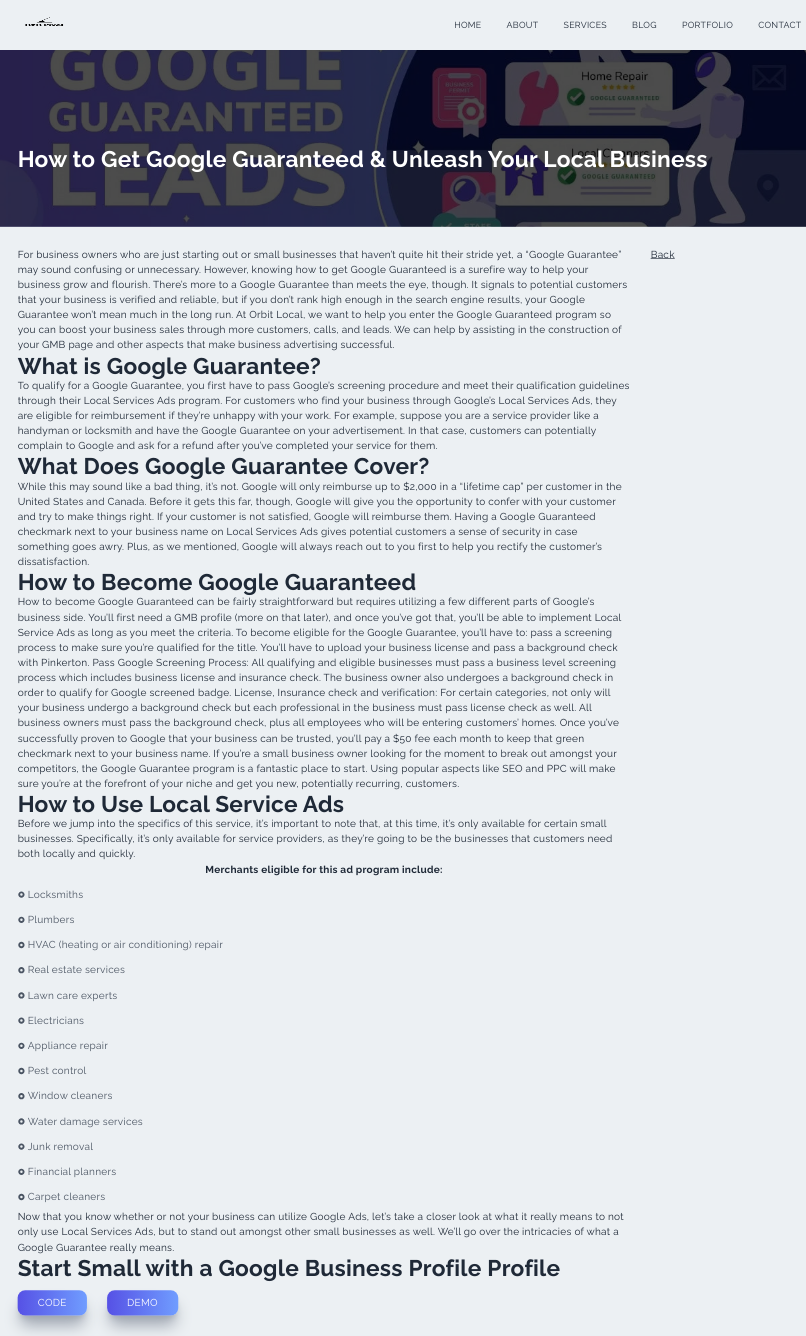
Repository: DID0101/nextjs.b2b
Page: /crypto
These files come from the project's save history. The page is drawn as it stood at one moment and after the next save; the edit follows.
The browser window is 1280 px wide. The pictures show the whole page, at 63% of full size.
The project was rebuilt for these pictures with package versions that can differ from the ones it lists, and the page was loaded fresh each time. The framework's server and built-in components were replaced by stand-ins that run in the browser. Also part of the build but not shown: next.config.js.

Above is the page before, as saved 2024-01-22 03:04:56.

After the next save:
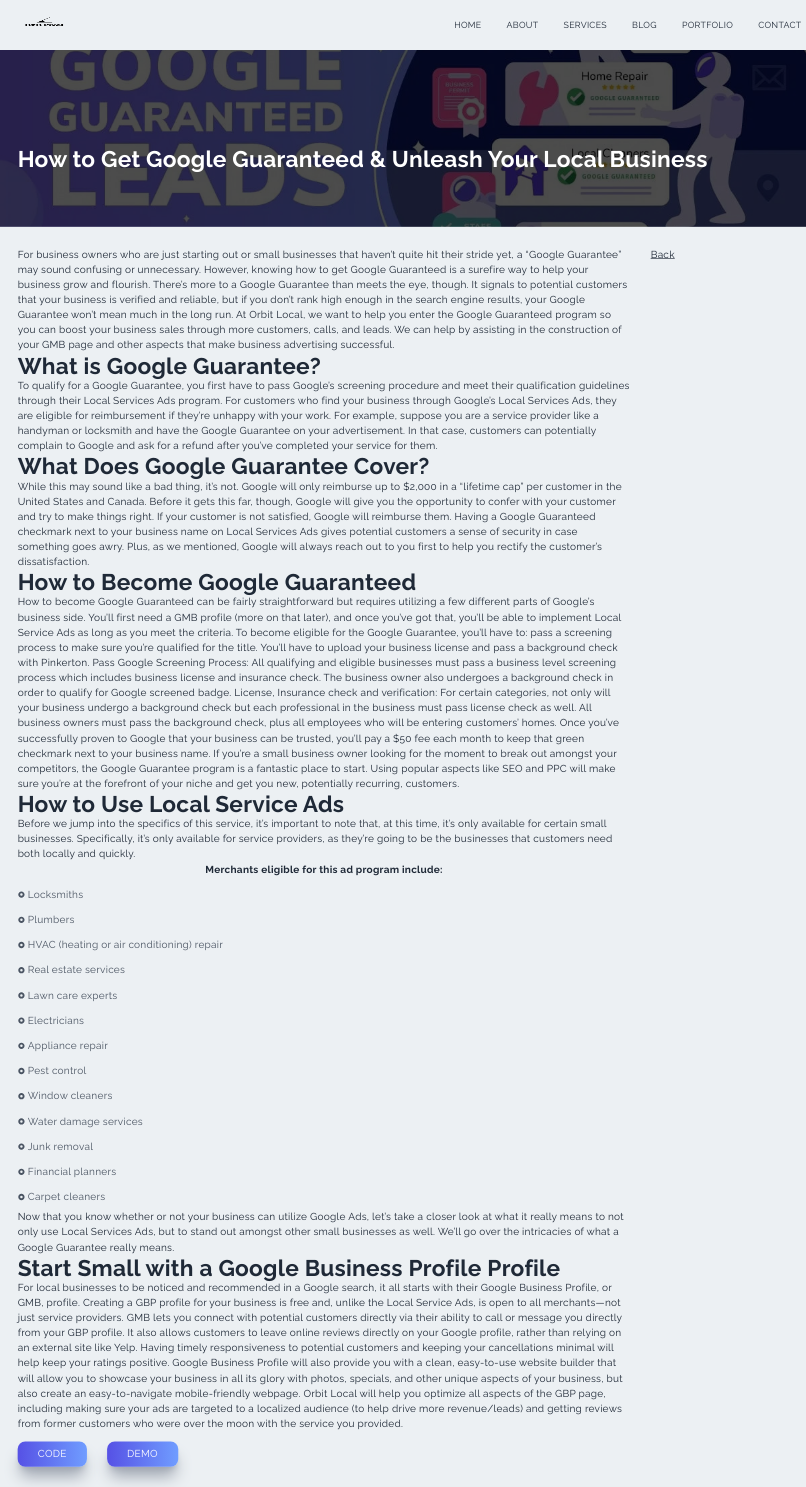
Saved 17 s later.
--- a/pages/crypto.jsx
+++ b/pages/crypto.jsx
@@ -101,6 +101,13 @@
               </p>
               <p>Now that you know whether or not your business can utilize Google Ads, let’s take a closer look at what it really means to not only use Local Services Ads, but to stand out amongst other small businesses as well. We’ll go over the intricacies of what a Google Guarantee really means.</p>
               <h2>Start Small with a Google Business Profile Profile</h2>
+              <p>For local businesses to be noticed and recommended in a Google search, it all starts with their Google Business Profile, or GMB, profile. Creating a GBP profile for your business is free and, unlike the Local Service Ads, is open to all merchants—not just service providers.
+
+GMB lets you connect with potential customers directly via their ability to call or message you directly from your GBP profile. It also allows customers to leave online reviews directly on your Google profile, rather than relying on an external site like Yelp. Having timely responsiveness to potential customers and keeping your cancellations minimal will help keep your ratings positive.
+
+Google Business Profile will also provide you with a clean, easy-to-use website builder that will allow you to showcase your business in all its glory with photos, specials, and other unique aspects of your business, but also create an easy-to-navigate mobile-friendly webpage.
+
+Orbit Local will help you optimize all aspects of the GBP page, including making sure your ads are targeted to a localized audience (to help drive more revenue/leads) and getting reviews from former customers who were over the moon with the service you provided.</p>
           <a
             href='https://github.com/fireclint/crypto-react-firebase'
             target='_blank'
